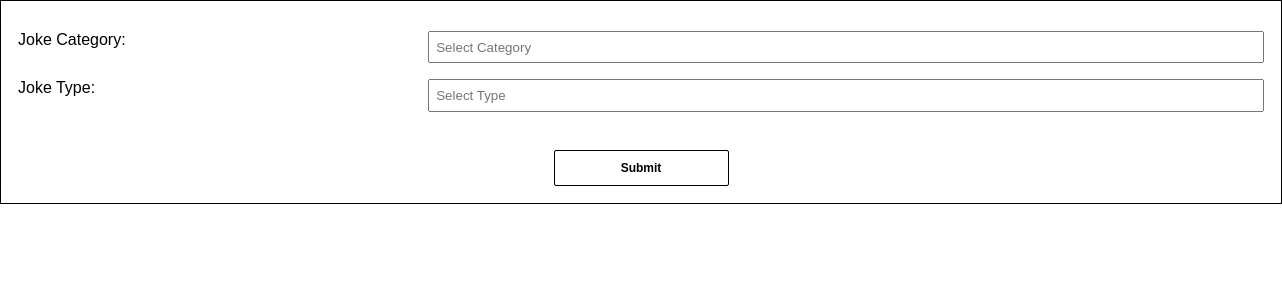
Repository: kaitlynMidori/dadJokeApi
Page: index.html
An editor plug-in stored every save of this project. The page is shown before and after the next save, followed by the edit.
The browser window is 1280 px wide. The page is 1282 px wide, so the pictures cover 1282 px, including what lies to the right of the window. The pictures show the whole page.

Above is the page before, as saved 2021-01-05 19:31:00.

After the next save:
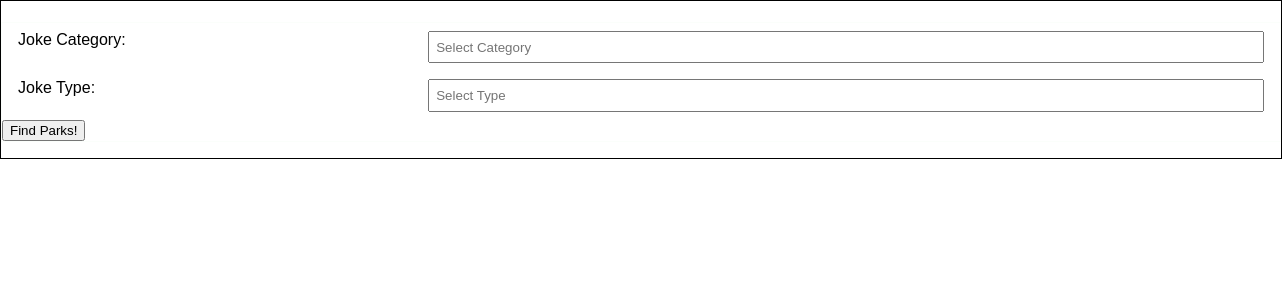
Saved 49 s later.
--- a/index.html
+++ b/index.html
@@ -37,9 +37,7 @@
                     </datalist>
                 </li>
 
-                <li class="button">
-                    <input id="submit-btn" type="submit" value="Submit">
-                </li>
+                <input type="submit" value="Find Parks!" class="submit" />
 
             </ul>
         </form>
